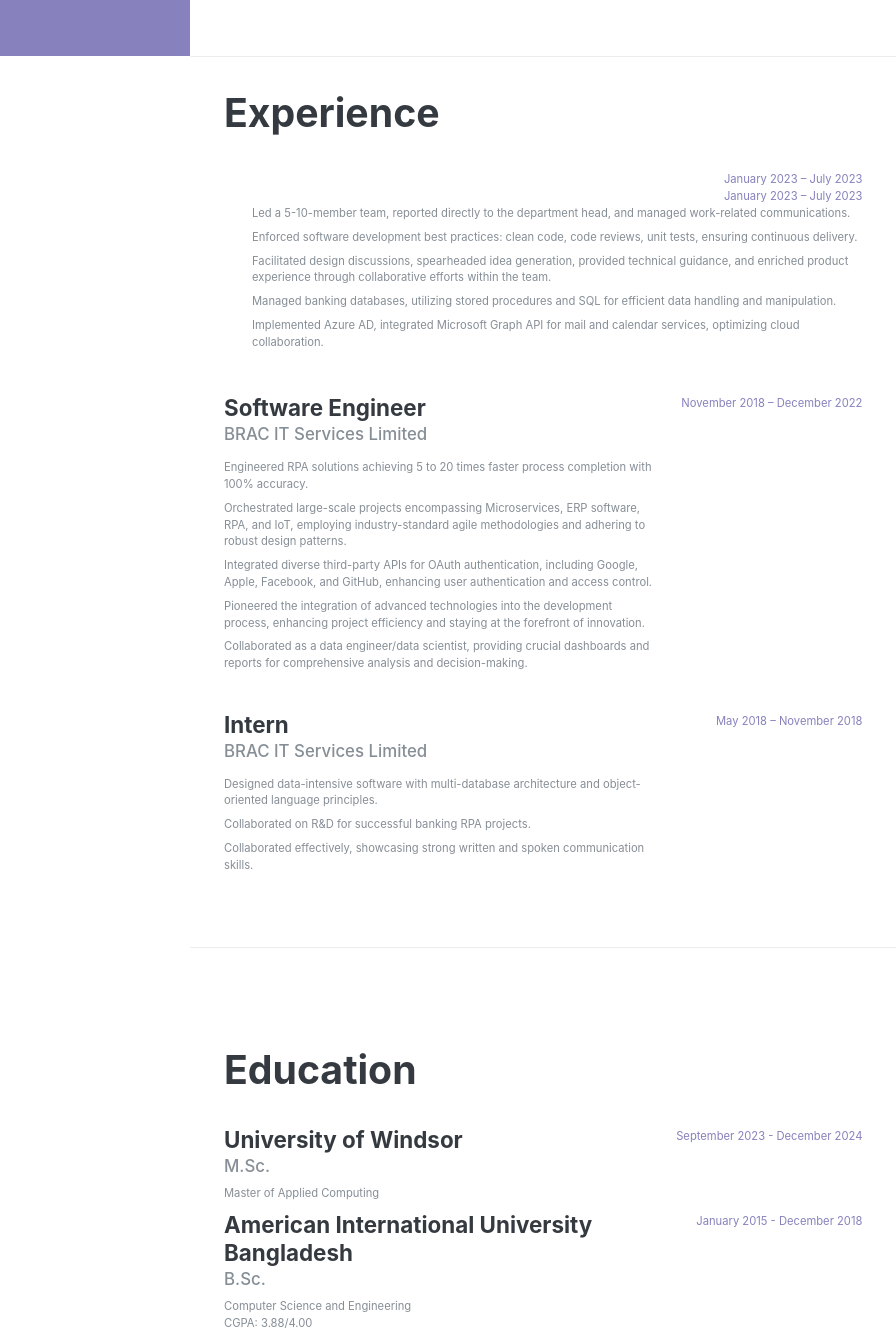
Repository: xahin96/xahin96.github.io
Page: index.html
An editor plug-in stored every save of this project. The page is shown before and after the next save, followed by the edit.
The browser window is 1280 px wide. The pictures show the part of the page from y = 640 to 2560 px (the page is 5451 px tall before and 5427 px after), at 70% of full size.
Some web fonts or font styles are not loaded; a fallback is used.

Above is the page before, as saved 2024-04-27 12:27:30.

After the next save:
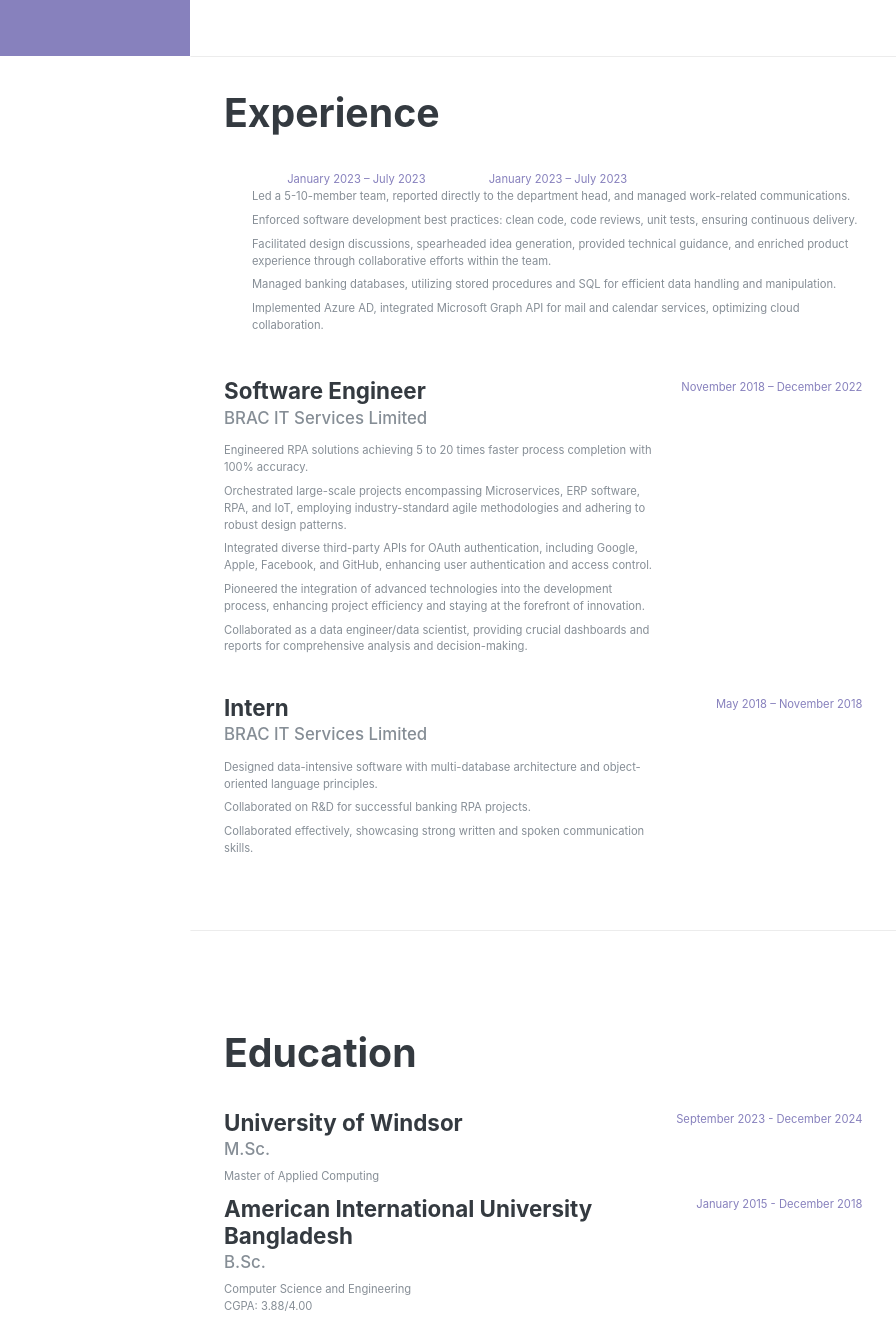
Saved 13 s later.
--- a/css/resume.css
+++ b/css/resume.css
@@ -49,6 +49,10 @@ p.lead {
 li{
   list-style: none;
   margin-bottom: 10px;
+}
+
+.flex{
+  display: flex;
 }
 
 .subheading {
